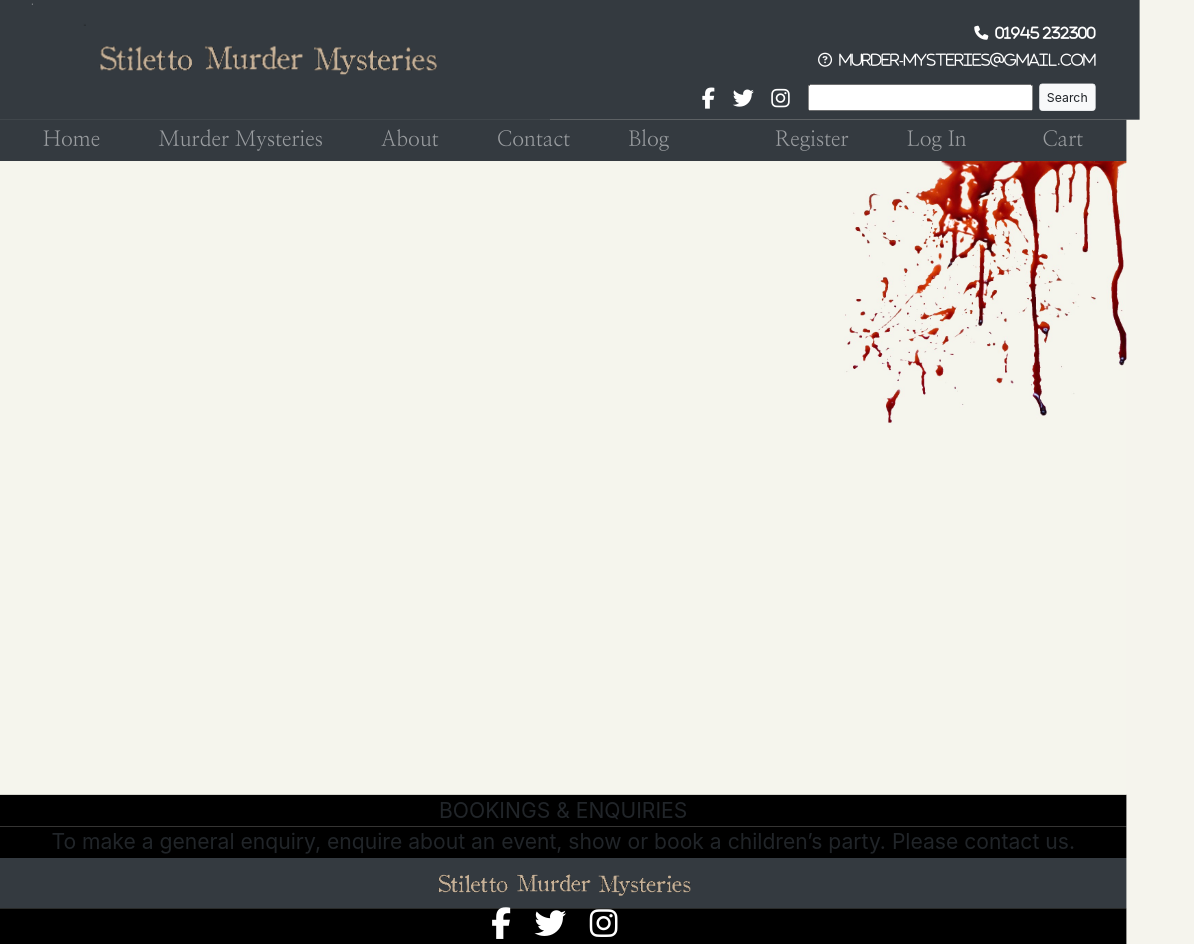
Repository: TaylorD1982/murder-milestone
Page: templates/base.html
The author's editor kept a record of every edit. The page is drawn from the files as they stood at one moment, then again after the next edit.
The browser window is 1280 px wide. The page is 1295 px wide, then 1357 px, so the pictures cover 1357 px, including what lies to the right of the window. The pictures show the whole page, at 88% of full size.
Some icons come from a web library that is not loaded, so they are not drawn. Some web fonts or font styles are not loaded; a fallback is used. Some web libraries are served in a nearby version. The template is drawn by Django 2.2. The application's start-up code is not run. The template is opened directly, without the code that normally fills it, so the values that code supplies are empty.

Above is the page before.
Console error: ReferenceError: emailjs is not defined

After the next edit:
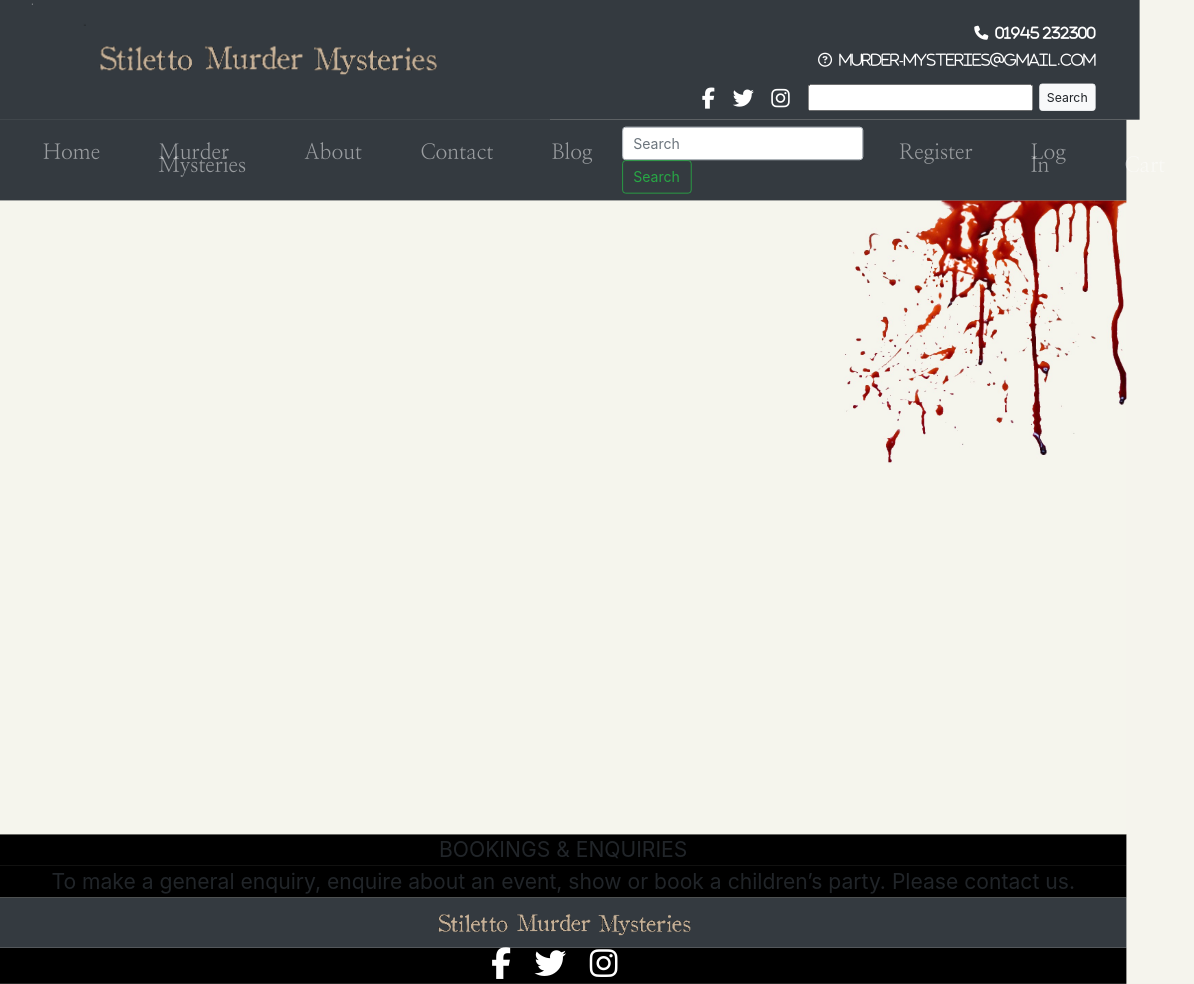
The edit:
--- a/templates/base.html
+++ b/templates/base.html
@@ -86,6 +86,10 @@
                     <a class="nav-link" href="{% url 'get_posts' %}">Blog</a>
                 </li>
             </ul>
+            <form class="form-inline my-2 my-lg-0" action="{% url 'search' %}" method="get">
+              <input class="form-control mr-sm-2" placeholder="Search" aria-label="Search" type="text" name="q">
+              <button class="btn btn-outline-success my-2 my-sm-0" type="submit">Search</button>
+            </form>
             <ul class="navbar-nav ml-auto">
                 {% if user.is_authenticated %}
                 <li class="nav-item">
